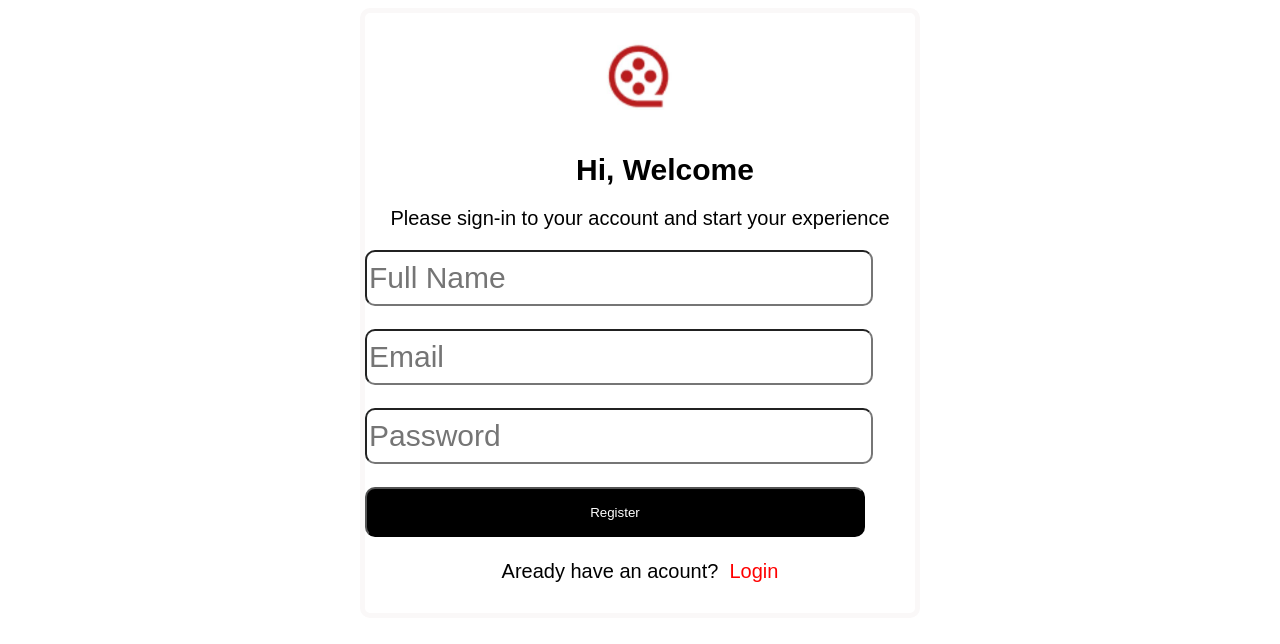
Repository: KingBoyMaylow/movie-task
Page: index.html
An editor plug-in stored every save of this project. The page is shown before and after a run of saves, followed by the edit.
The browser window is 1280 px wide. The pictures show the whole page.

Above is the page before, as saved 2024-05-20 14:19:29.

### index.html
<!DOCTYPE html>
<html>
<head>
    <link rel="stylesheet" href="script.css">
  <title>document</title>
</head>
<body>
    <div class="firstdiv">
        <img src="WhatsApp Image 2024-05-20 at 13.51.03_2167d28e.jpg" alt="div">
        <h1>Hi, Welcome</h1>
  <h3>Please sign-in to your account and start your experience</h3>

  <form action="signup.php" method="post">

    <label form="<div class="form-group">
      <label for=""></label>
      <input type="Full Name" class="form-control" name="Full Name" id="full Name" placeholder="Full Name">
    <br>

    <br><label form="<div class="">
      <label for=""></label>
      <input type="email" class="form-control" name="email" id="email" placeholder="Email">
    <br>

    <br><label form="<div class="form-group">
      <label for=""></label>
      <input type="password" class="form-control" name="" id="" placeholder="Password">
    <br>

    <br><input type="submit" value="Register" class="register-btn">
  <br>

    <br><span>Aready have an acount? &nbsp; <a href="http://127.0.0.1:5500/2index.html">Login</a></span>
</div>
</body>
</html>

### script.css
body{
    font: 1em sans-serif;
    font-size: 20px;
    font-weight: 100px;
    display: flex;
    flex-direction: column;
    flex-wrap: wrap;
    justify-content: center;
    align-items: center;
}
h3{
    font-size: 20px;
    font-weight: normal;
    text-align: center;
}

.form-control{
    height: 50px;
    width: 500px;
    border-radius: 10px;
    font-size: 30px;
}
h1{
    margin-left: 50px;
    text-align: center;
    font-size: 30px;
}
img{
    width: 150px;
    display: block;
    margin: auto;
    height: 120px;
}
.firstdiv{
    border: 5px solid rgb(250, 248, 248);
    border-radius: 10px;
    width: 550px;
    height: 600px;

}
.register-btn{
    width: 500px;
    background-color: black;
    color: white;
    height: 50px;
    border-radius: 10px;

}

span a {
    color: red;
    text-decoration: none;
}

.div2{
    border: 5px solid rgb(250, 248, 248);
    border-radius: 10px;
    width: 550px;
    height: 600px;

}
span{
    display: flex;
    justify-content: center;
    align-items: center;
}

After the next 3 saves:
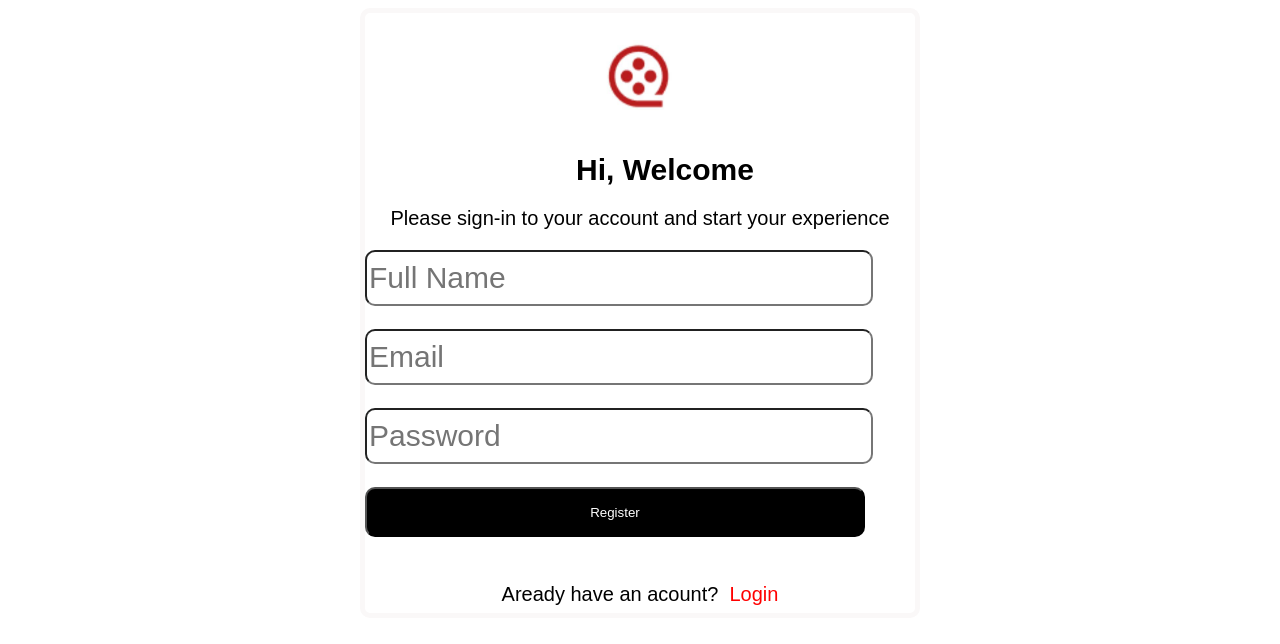
The 3 saves are shown as one change because they came seconds apart.
The last was saved 37 s later.
--- a/index.html
+++ b/index.html
@@ -30,7 +30,7 @@
     <br><input type="submit" value="Register" class="register-btn">
   <br>
 
-    <br><span>Aready have an acount? &nbsp; <a href="http://127.0.0.1:5500/2index.html">Login</a></span>
+    <br><br><span>Aready have an acount? &nbsp; <a href="http://127.0.0.1:5500/2index.html">Login</a></span>
 </div>
 </body>
 </html>
